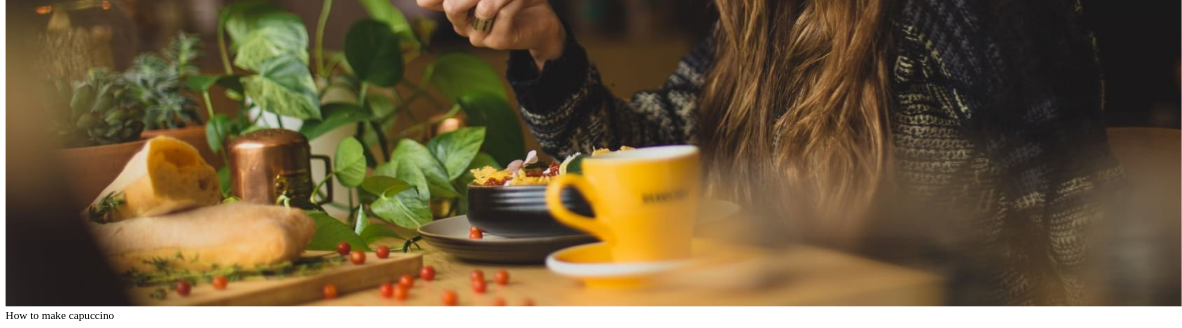
Repository: ngoctinvo/diner_project_cybersoft
Page: html/blog.html
These files come from the project's save history. The page is drawn as it stood at one moment and after the next save; the edit follows.
The browser window is 1280 px wide. The page is 1688 px wide, so the pictures cover 1688 px, including what lies to the right of the window. The pictures show the part of the page from y = 4021 to 5461 px (the page is 4489 px tall before and 5461 px after), at 70% of full size.

Above is the page before, as saved 2022-04-16 21:35:03.

After the next save:
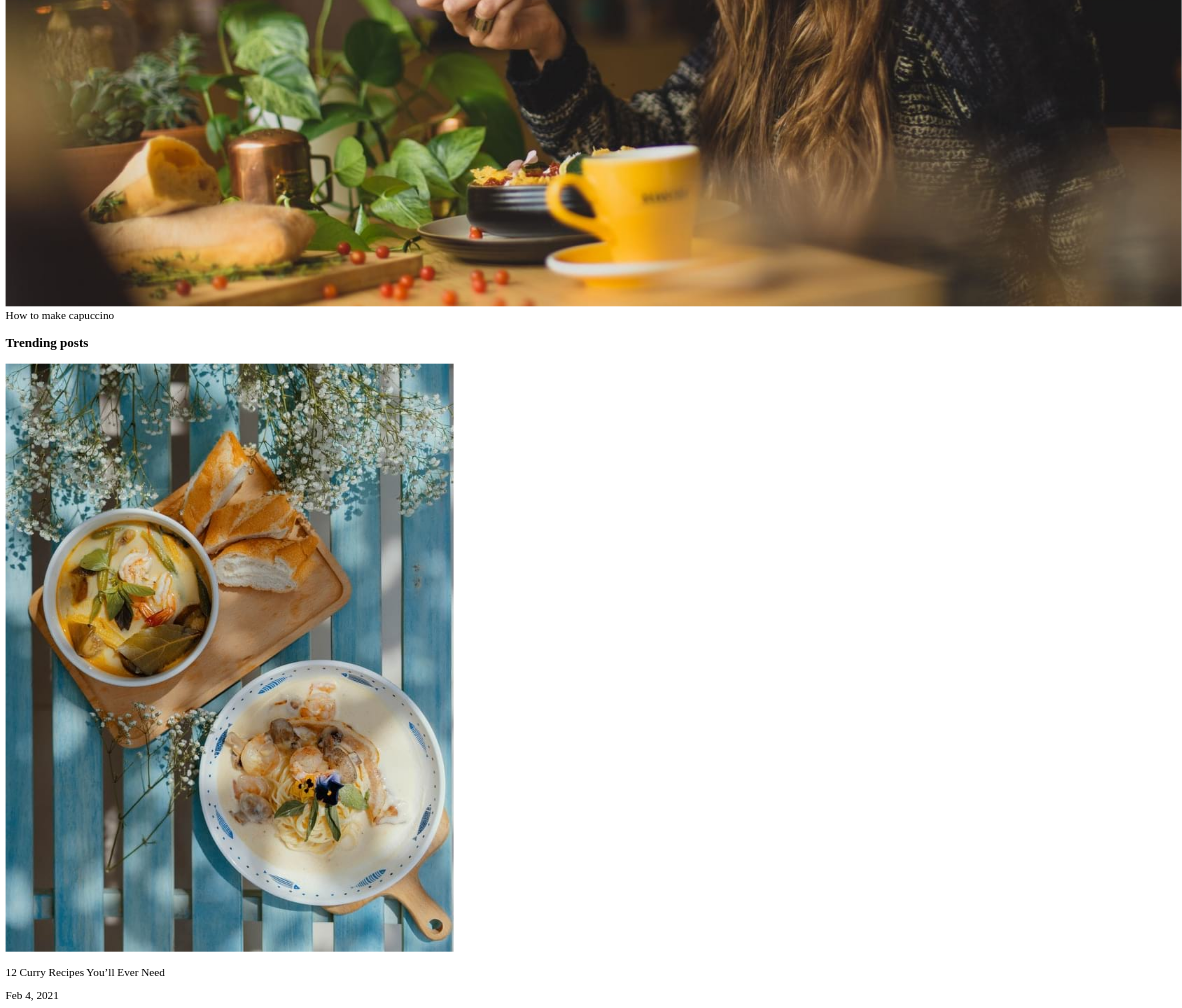
Saved 83 s later.
--- a/html/blog.html
+++ b/html/blog.html
@@ -60,7 +60,18 @@
                             </div>
                         </div>
                     </div>
-                    <div class="item trending-posts"></div>
+                    <div class="item trending-posts">
+                        <h3>Trending posts</h3>
+                        <div class="list">
+                            <div class="item">
+                                <img src="../img/blog/g3.jpg" alt="">
+                                <div class="info">
+                                    <p>12 Curry Recipes You’ll Ever Need</p>
+                                    <span>Feb 4, 2021</span>
+                                </div>
+                            </div>
+                        </div>
+                    </div>
                     <div class="item categories"></div>
                     <div class="item advertisement"></div>
                 </div>
